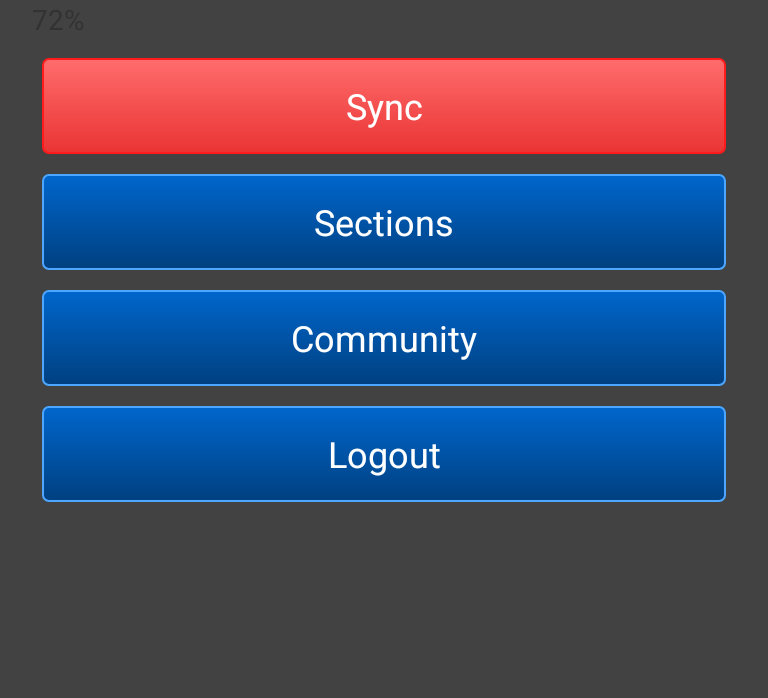
Repository: prabushitha/hydrosaver
Layout: hydrosaver/res/layout/activity_home.xml
These files come from the project's save history. The layout is drawn as it stood at one moment and after the next save; the edit follows.
The pictures show rows 582 to 1280 of an output 1280 px tall.
It is drawn on a 768 x 1280 px phone screen (xhdpi) without system bars, with theme AppTheme; the app's code is not run.

Above is the layout before, as saved 2016-10-08 16:39:20.

### hydrosaver/res/layout/activity_home.xml
<RelativeLayout xmlns:android="http://schemas.android.com/apk/res/android"
    xmlns:tools="http://schemas.android.com/tools"
    android:layout_width="match_parent"
    android:layout_height="match_parent"
    android:paddingBottom="@dimen/activity_vertical_margin"
    android:paddingLeft="@dimen/activity_horizontal_margin"
    android:paddingRight="@dimen/activity_horizontal_margin"
    android:paddingTop="@dimen/activity_vertical_margin"
    tools:context="com.whileloop.hydrosaver.HomeActivity"
    android:background="#424242" >
	<ScrollView
        android:id="@+id/scrollView1"
        android:layout_width="fill_parent"
        android:layout_height="fill_parent"
        >
	    <TableLayout
		    android:layout_width="fill_parent"
		    android:layout_height="fill_parent"
		    android:stretchColumns="*">
		     <TableRow
	            android:id="@+id/tableRow2"
	            android:layout_width="wrap_content"
	            android:gravity="center"
	            android:layout_height="0dp"
	            android:layout_weight="5"
	            android:minHeight="550px" >

			    <com.github.mikephil.charting.charts.PieChart
					android:layout_width="match_parent"
					android:layout_height="match_parent"
					android:id="@+id/graphMainPie">

				</com.github.mikephil.charting.charts.PieChart>

	        </TableRow>

		     <TableRow
	            android:layout_width="match_parent"
	            android:layout_height="0dp"
	            android:layout_weight="1"  >
			    <TextView
			        android:id="@+id/mainUnitsText"
			        android:text="72%"
			        />
		     </TableRow>
		     <TableRow
	            android:id="@+id/tableRow6"
	            android:layout_width="match_parent"
	            android:layout_height="0dp"
	            android:layout_weight="1"  >

	            <Button
	                android:id="@+id/btnsync"
	                android:layout_marginTop="20px"
	                android:layout_marginLeft="10px"
	                android:layout_marginRight="10px"
	                android:padding="10dp"
	                android:layout_width="fill_parent"
	                android:layout_height="match_parent"
	                android:background="@drawable/syncbutton"
	                android:text="Sync"
	                android:layout_weight="1"
	                android:textColor="#ffffff"
	                />
	        </TableRow>

	        <TableRow
	            android:id="@+id/tableRow4"
	            android:layout_width="match_parent"
	            android:layout_height="0dp"
	            android:layout_weight="1" >

	            <Button
	                android:id="@+id/btnsections"
	                android:layout_marginTop="20px"
	                android:layout_marginLeft="10px"
	                android:layout_marginRight="10px"
	                android:padding="10dp"
	                android:layout_width="fill_parent"
	                android:layout_height="match_parent"
	                android:background="@drawable/mybutton"
	                android:text="Sections"
	                android:layout_weight="1"
	                android:textColor="#ffffff"

	                />
	        </TableRow>

	        <TableRow
	            android:id="@+id/tableRow5"
	            android:layout_width="match_parent"
	            android:layout_height="0dp"
	            android:layout_weight="1"  >

	            <Button
	                android:id="@+id/btncommunity"
	                android:layout_marginTop="20px"
	                android:layout_marginLeft="10px"
	                android:layout_marginRight="10px"
	                android:padding="10dp"
	                android:layout_width="fill_parent"
	                android:layout_height="match_parent"
	                android:background="@drawable/mybutton"
	                android:text="Community"
	                android:layout_weight="1"
	                android:textColor="#ffffff"
	                />
	        </TableRow>


		    <TableRow
		        android:layout_width="match_parent"
	            android:layout_height="0dp"
	            android:layout_weight="1"
		        >
		        <!-- Login button -->

		        <Button
	                android:id="@+id/btnLogout"
	                android:layout_marginTop="20px"
	                android:layout_marginLeft="10px"
	                android:layout_marginRight="10px"
	                android:padding="10dp"
	                android:layout_width="fill_parent"
	                android:layout_height="match_parent"
	                android:background="@drawable/mybutton"
	                android:text="Logout"
	                android:layout_weight="1"
	                android:textColor="#ffffff"
	                />
		        </TableRow>


		</TableLayout>
	</ScrollView>

</RelativeLayout>

### hydrosaver/res/drawable-mdpi/syncbutton.xml
<?xml version="1.0" encoding="utf-8"?>
<selector xmlns:android="http://schemas.android.com/apk/res/android" >
 <item android:state_pressed="true" >
     <shape android:shape="rectangle"  >
         <corners android:radius="3dip" />
         <stroke android:width="1dip" android:color="#ff1b1b" />
         <gradient android:angle="-90" android:startColor="#ea3434" android:endColor="#ff6c6c"  />
     </shape>
 </item>
<item android:state_focused="true">
     <shape android:shape="rectangle"  >
         <corners android:radius="3dip" />
         <stroke android:width="1dip" android:color="#ff6c6c" />
         <solid android:color="#ea3434"/>
     </shape>
 </item>
<item >
    <shape android:shape="rectangle"  >
         <corners android:radius="3dip" />
         <stroke android:width="1dip" android:color="#ff1b1b" />
         <gradient android:angle="-90" android:startColor="#ff6c6c" android:endColor="#ea3434" />
     </shape>
 </item>
</selector>

### hydrosaver/res/drawable-mdpi/mybutton.xml
<?xml version="1.0" encoding="utf-8"?>
<selector xmlns:android="http://schemas.android.com/apk/res/android" >
 <item android:state_pressed="true" >
     <shape android:shape="rectangle"  >
         <corners android:radius="3dip" />
         <stroke android:width="1dip" android:color="#4da6ff" />
         <gradient android:angle="-90" android:startColor="#0066cc" android:endColor="#004080"  />
     </shape>
 </item>
<item android:state_focused="true">
     <shape android:shape="rectangle"  >
         <corners android:radius="3dip" />
         <stroke android:width="1dip" android:color="#0066cc" />
         <solid android:color="#4da6ff"/>
     </shape>
 </item>
<item >
    <shape android:shape="rectangle"  >
         <corners android:radius="3dip" />
         <stroke android:width="1dip" android:color="#4da6ff" />
         <gradient android:angle="-90" android:startColor="#0066cc" android:endColor="#004080" />
     </shape>
 </item>
</selector>

Loaded but not shown: hydrosaver/res/values/styles.xml (common file); hydrosaver/res/values-v11/styles.xml (common file); hydrosaver/res/values-v14/styles.xml (common file); hydrosaver/res/values/dimens.xml (common file); hydrosaver/res/values-w820dp/dimens.xml (common file)

After the next save:
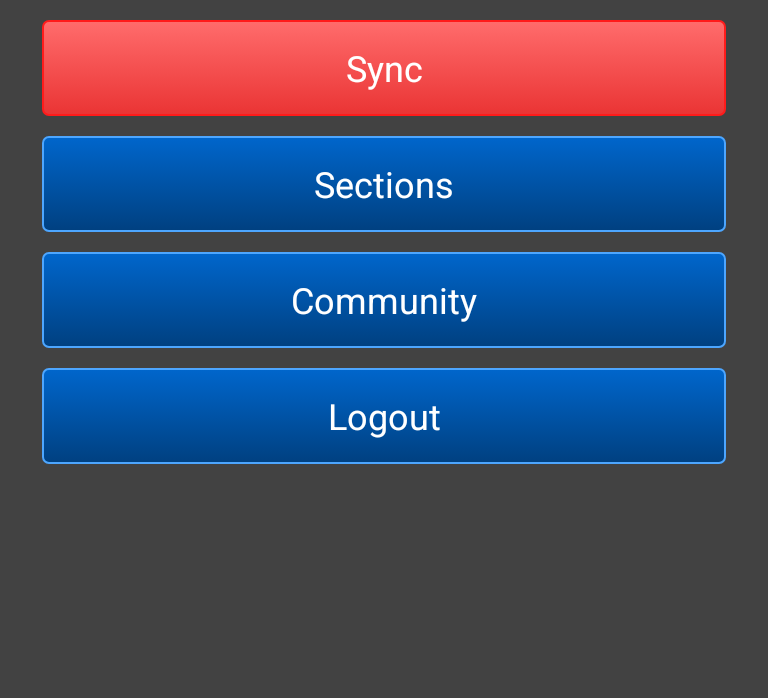
Saved 90 s later.
--- a/hydrosaver/res/layout/activity_home.xml
+++ b/hydrosaver/res/layout/activity_home.xml
@@ -34,15 +34,6 @@
 
 	        </TableRow>
 
-		     <TableRow
-	            android:layout_width="match_parent"
-	            android:layout_height="0dp"
-	            android:layout_weight="1"  >
-			    <TextView
-			        android:id="@+id/mainUnitsText"
-			        android:text="72%"
-			        />
-		     </TableRow>
 		     <TableRow
 	            android:id="@+id/tableRow6"
 	            android:layout_width="match_parent"
